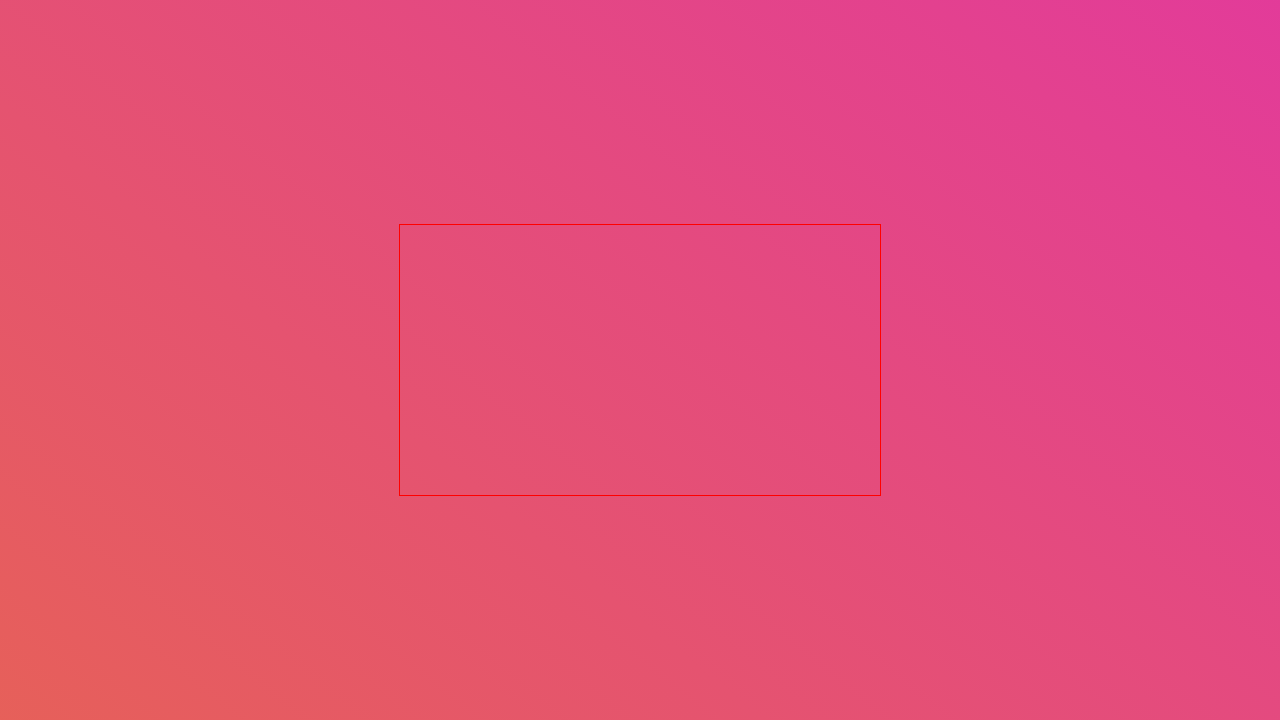
Repository: wrzonki/3d-css
Page: index.html
An editor plug-in stored every save of this project. The page is shown before and after the next save, followed by the edit.
The browser window is 1280 px wide. The pictures show the whole page.
The style sheet was rebuilt from its Sass, Less or Tailwind sources for each picture, by a compiler version that may differ from the author's.

Above is the page before, as saved 2019-11-25 20:55:37.

### index.html
<!DOCTYPE html>
<html lang="en">
<head>
    <meta charset="UTF-8">
    <meta name="viewport" content="width=device-width, initial-scale=1.0">
    <meta http-equiv="X-UA-Compatible" content="ie=edge">
    <link rel="stylesheet" href="index.css">
    <title>Document</title>
</head>
<body>
    <div id="wrapper">
        <div id="device" class="desktop">

        </div>
    </div>
</body>
</html>

### index.scss
body {
    margin: 0;
    padding: 0;
}

#wrapper {
    width: 100vw;
    height: 100vh;
    display: flex;
    justify-content: center;
    align-items: center;
    background: linear-gradient(219deg, #dc00ff, #ec9400);
    background-size: 400% 400%;
    -webkit-animation: AnimationName 13s ease infinite;
    -moz-animation: AnimationName 13s ease infinite;
    -o-animation: AnimationName 13s ease infinite;
    animation: AnimationName 13s ease infinite;
    @-webkit-keyframes AnimationName {
        0%{background-position:22% 0%}
        50%{background-position:79% 100%}
        100%{background-position:22% 0%}
    }
    @-moz-keyframes AnimationName {
        0%{background-position:22% 0%}
        50%{background-position:79% 100%}
        100%{background-position:22% 0%}
    }
    @-o-keyframes AnimationName {
        0%{background-position:22% 0%}
        50%{background-position:79% 100%}
        100%{background-position:22% 0%}
    }
    @keyframes AnimationName {
        0%{background-position:22% 0%}
        50%{background-position:79% 100%}
        100%{background-position:22% 0%}
    }
}


#device {
    $desktopRatioScale: 30px;
    $desktopWidth: 16 ;
    $desktopheight: 9;

    $tabletRatioScale: 80px;
    $tabletWidth: 3;
    $tabletheight: 4;

    $smartphoneRatioScale: 20px;
    $smartphoneWidth: 9;
    $smartphoneheight: 19.5;
    border: 1px solid red;
    &.desktop {
        width: $desktopWidth * $desktopRatioScale;
        height: $desktopheight * $desktopRatioScale;
    }
    &.tablet {
        width: $tabletWidth * $tabletRatioScale;
        height: $tabletheight * $tabletRatioScale;
    }

    &.smartphone {
        width: $smartphoneWidth * $smartphoneRatioScale;
        height: $smartphoneheight * $smartphoneRatioScale;
    }
}

After the next save:
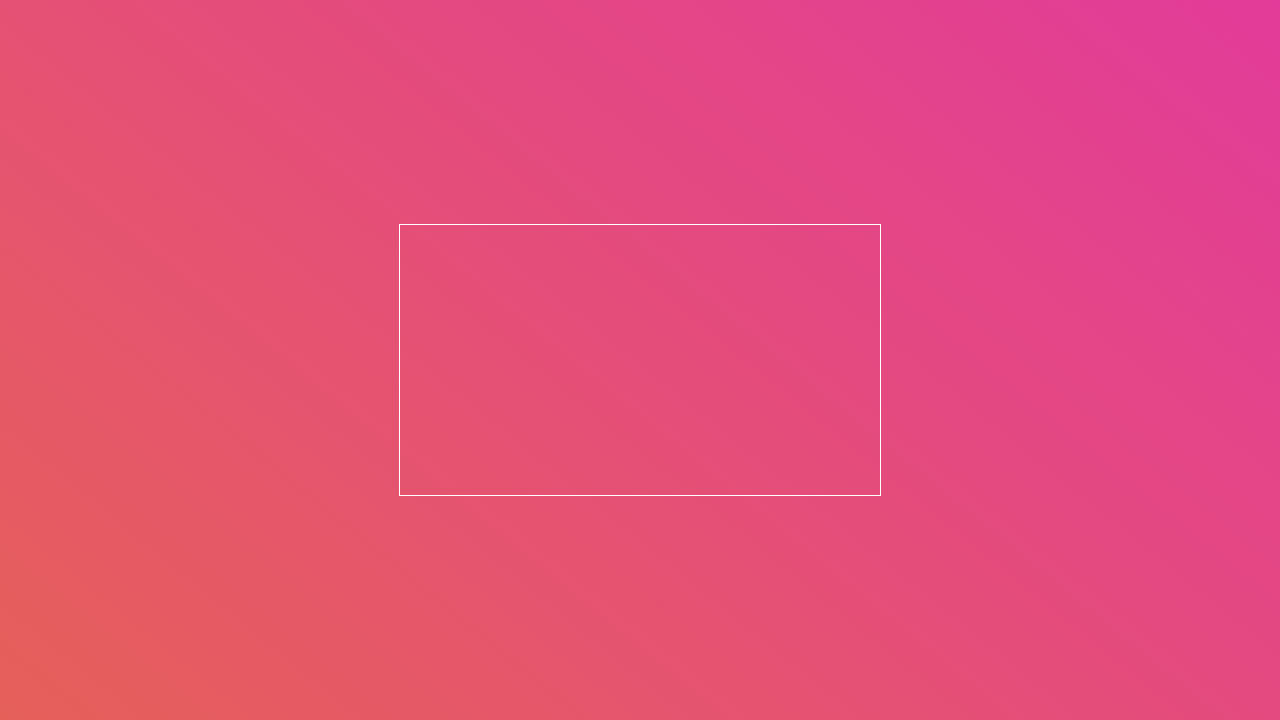
Saved 10 s later.
--- a/index.scss
+++ b/index.scss
@@ -50,7 +50,7 @@ body {
     $smartphoneRatioScale: 20px;
     $smartphoneWidth: 9;
     $smartphoneheight: 19.5;
-    border: 1px solid red;
+    border: 1px solid #fff;
     &.desktop {
         width: $desktopWidth * $desktopRatioScale;
         height: $desktopheight * $desktopRatioScale;
